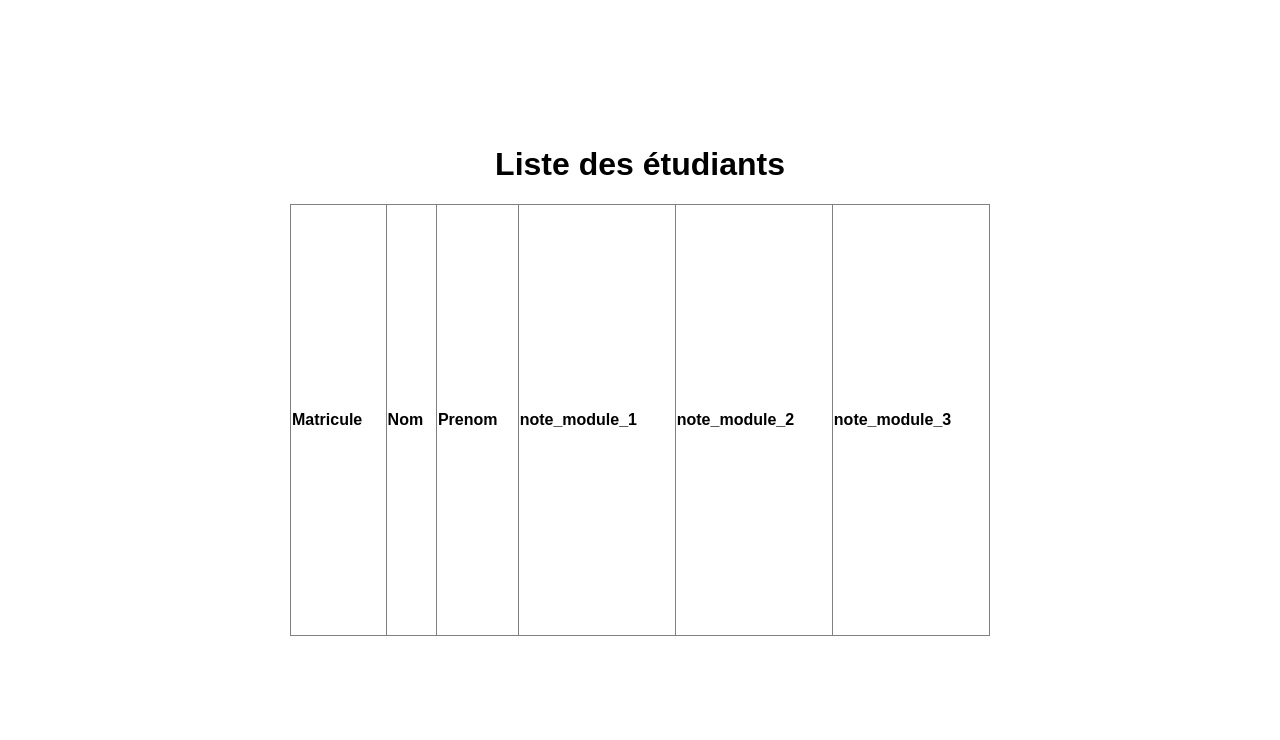
Repository: tt5300447/parakeet
Page: http://localhost/
These files come from the project's save history. The page is drawn as it stood at one moment and after the next save; the edit follows.
The browser window is 1280 px wide. The pictures show the whole page.
The page is run by PHP 8.4 with error messages shown; the project is at /var/www/html/. Queries for data that is not in the repository find no rows.

Above is the page before, as saved 2022-06-19 15:56:31.

After the next save:
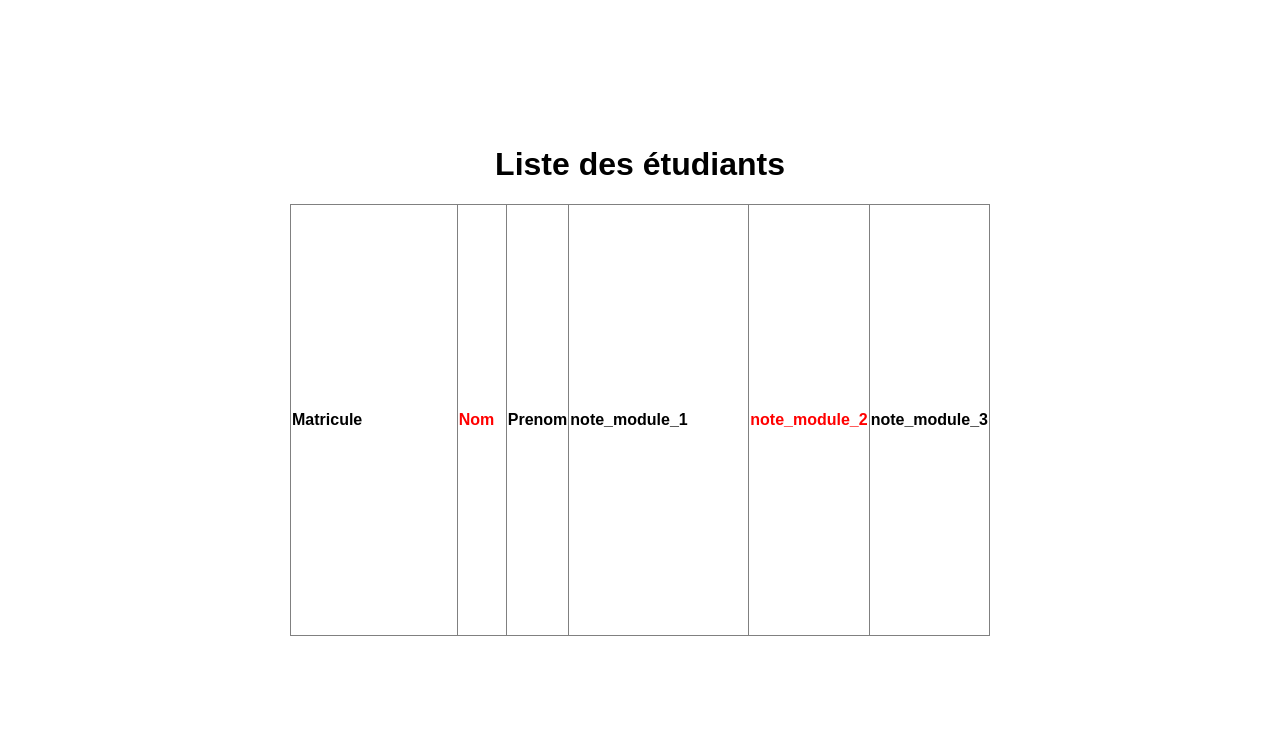
Saved 2 min 0 s later.
--- a/Copier/htdocs/Liste/index.php
+++ b/Copier/htdocs/Liste/index.php
@@ -9,7 +9,7 @@
 </head>
 <body>
 
-    <div class="center">
+    <div class="center container">
          <h1>Liste des étudiants</h1>
     <?php
 $servername = "localhost";
@@ -28,12 +28,12 @@ $result = $conn->query("SELECT * FROM Etudiant");
 
 echo "<table border='1'>
 <tr>
-<th>Matricule</th>
-<th>Nom</th>
-<th>Prenom</th>
-<th>note_module_1</th>
-<th>note_module_2</th>
-<th>note_module_3</th>
+<th class='country_name-cell'>Matricule</th>
+<th class='code-cell'>Nom</th>
+<th class='pop96-cell'>Prenom</th>
+<th class='country_name-cell'>note_module_1</th>
+<th class='code-cell'>note_module_2</th>
+<th class='pop96-cell'>note_module_3</th>
 
 </tr>";
 
